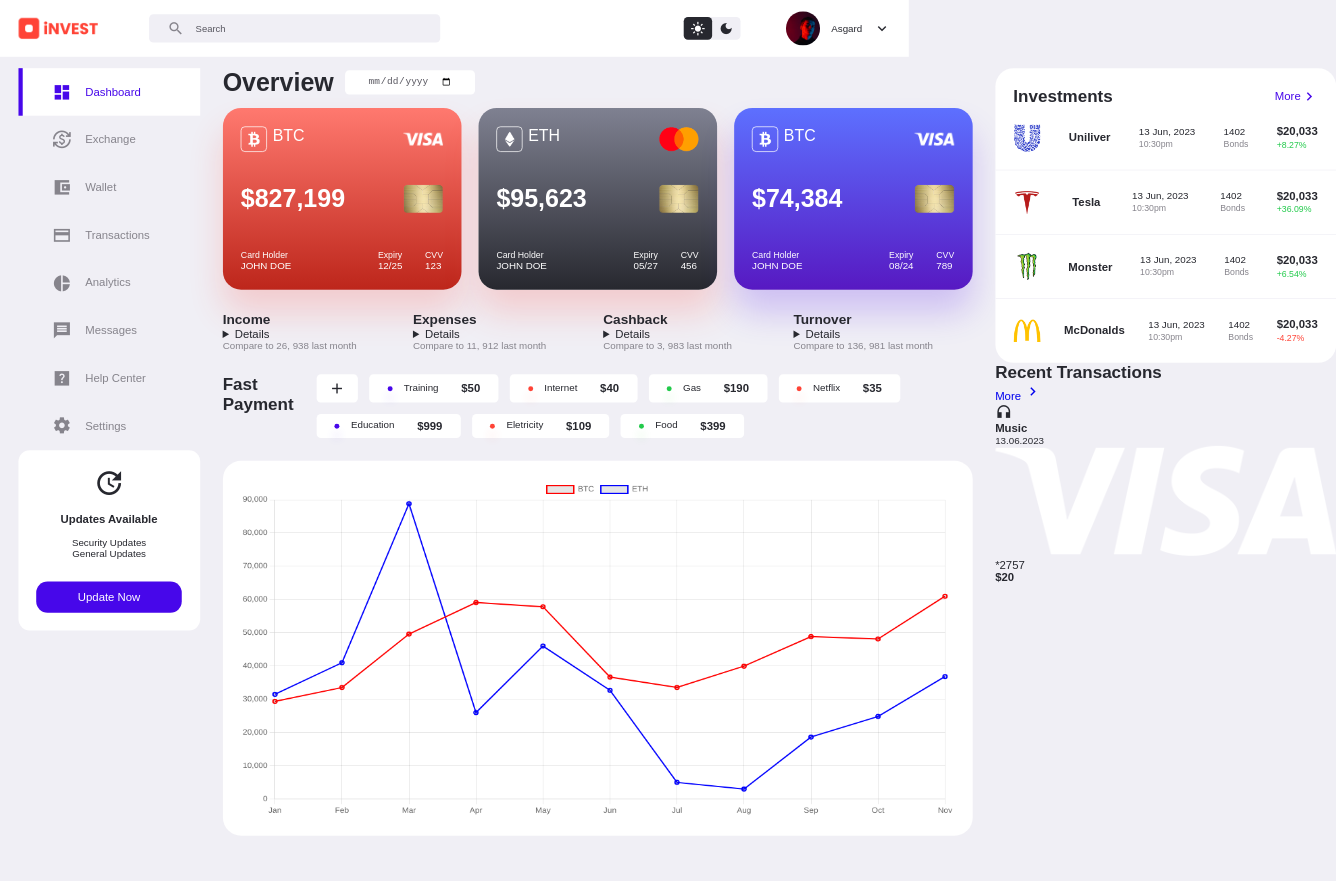
Repository: eziocdl/Admin_Dash
Page: index.html
The author's editor kept a copy of each file at every save. The page is drawn from the files as they stood at one save, then again after the next save.
The browser window is 1280 px wide. The page is 1882 px wide, so the pictures cover 1882 px, including what lies to the right of the window. The pictures show the whole page, at 71% of full size.
Some web libraries are served in a nearby version.

Above is the page before, as saved 2023-06-15 10:06:04.

### index.html
<!DOCTYPE html>
<html lang="pt-BR">
<head>
    <meta charset="UTF-8">
    <meta http-equiv="X-UA-Compatible" content="IE=edge">
    <meta name="viewport" content="width=device-width, initial-scale=1.0">
    <title>DashBoard Responsiva</title>
    <!--MATERIAL ICONS CDN-->
    <link href="https://fonts.googleapis.com/icon?family=Material+Icons+Sharp" rel="stylesheet">
    <!--GOOGLE FONTES (POPPINS)-->
    <link rel="preconnect" href="https://fonts.googleapis.com">
<link rel="preconnect" href="https://fonts.gstatic.com" crossorigin>
<link href="https://fonts.googleapis.com/css2?family=Poppins:wght@300;400;500;600;700&display=swap"
   rel="stylesheet">
    <!--STYLESHEET-->
<link rel="stylesheet" href="style.css">
</head>
<body>
    <!--NAVEGACAO-->
    <nav>
        <div class="container">
            <img src="./images/logo.png" class="logo">
            <div class="search-bar">
                <span class="material-icons-sharp">search</span>
                <input type="search" placeholder="Search">
            </div>
            <div class="profile-area">
                <div class="theme-btn">
                    <span class="material-icons-sharp active">light_mode</span>
                    <span class="material-icons-sharp">dark_mode</span>
            </div>
            <div class="profile">
                    <div class="profile-photo">
                        <img src="./images/profile-1.jpg">
                    </div>
                    <h5>Asgard</h5>
                    <span class="material-icons-sharp">expand_more</span>
            </div>
            <button id="menu-btn">
                    <span class="material-icons-sharp">menu</span>
                </button>

            </div>

        </div>
    </nav>
    <!--FINAL DA NAVEGACAO-->

    <main>
        <aside>
            <button id="close-btn">
                <span class="material-icons-sharp">close</span>

            </button>

            <div class="sidebar">
                <a href="#" class="active">
                    <span class="material-icons-sharp">dashboard</span>
                    <h4>Dashboard</h4>
                </a>

                <a href="#">
                    <span class="material-icons-sharp">currency_exchange</span>
                    <h4>Exchange</h4>
                </a>

                <a href="#">
                    <span class="material-icons-sharp">account_balance_wallet</span>
                    <h4>Wallet</h4>
                </a>

                <a href="#">
                    <span class="material-icons-sharp">payment</span>
                    <h4>Transactions</h4>
                </a>

                <a href="#">
                    <span class="material-icons-sharp">pie_chart</span>
                    <h4>Analytics</h4>
                </a>

                <a href="#">
                    <span class="material-icons-sharp">message</span>
                    <h4>Messages</h4>
                </a>

                <a href="#">
                    <span class="material-icons-sharp">help_center</span>
                    <h4>Help Center</h4>
                </a>

                <a href="#">
                    <span class="material-icons-sharp">settings</span>
                    <h4>Settings</h4>
                </a>
            </div>
            <!------------------FINAL DO SIDEBAR------------------------------------------------>
            <div class="updates">
                <span class="material-icons-sharp">update</span>
                    <h4>Updates Available</h4>
                    <p>Security Updates</p>
                    <p>General Updates</p>
                    <a href="#">Update Now</a>
            </div>
        </aside>
        <!--FINAL DO ASIDE-->

        <section class="middle">
            <div class="header">
                <h1>Overview</h1>
                <input type="date">
            </div>

            <div class="cards">
                <div class="card">
                    <div class="top">
                        <div class="left">
                            <img src="./images/BTC.png">
                            <h2>BTC</h2>
                        </div>
                        <img src="./images/visa.png" class="right">
                    </div>

                    <div class="middle">
                             <h1>$827,199</h1>
                             <div class="chip">
                               <img src="./images/card chip.png">
                            </div>
                    </div>

                    <div class="bottom">
                        <div class="left">
                           <small>Card Holder</small>
                           <h5>JOHN DOE</h5>
                        </div>

                        <div class="right">
                            <div class="expiry">
                                <small>Expiry</small>
                                <h5>12/25</h5>
                            </div>
                            <div class="cvv">
                                <small>CVV</small>
                                <h5>123</h5>
                            </div>
                        </div>
                    </div>
                </div>
                <!-------------------FINAL DO CARTAO------------------------------------------------->
                <div class="card">
                    <div class="top">
                        <div class="left">
                            <img src="./images/ETH.png">
                            <h2>ETH</h2>
                        </div>
                        <img src="./images/master card.png" class="right">
                    </div>

                    <div class="middle">
                        <h1>$95,623</h1>
                        <div class="chip">
                            <img src="./images/card chip.png">
                        </div>
                    </div>

                    <div class="bottom">
                        <div class="left">
                           <small>Card Holder</small>
                           <h5>JOHN DOE</h5>
                        </div>

                        <div class="right">
                            <div class="expiry">
                                <small>Expiry</small>
                                <h5>05/27</h5>
                            </div>
                            <div class="cvv">
                                <small>CVV</small>
                                <h5>456</h5>
                            </div>
                        </div>
                    </div>
                </div>
                <!-------------------FINAL DO CARTAO 1------------------------------------------------->

                <div class="card">
                    <div class="top">
                        <div class="left">
                            <img src="./images/BTC.png">
                            <h2>BTC</h2>
                        </div>
                     <img src="./images/visa.png" class="right">
                    </div>

                    <div class="middle">
                        <h1>$74,384</h1>
                        <div class="chip">
                            <img src="./images/card chip.png">
                        </div>

                    </div>

                    <div class="bottom">
                        <div class="left">
                           <small>Card Holder</small>
                           <h5>JOHN DOE</h5>
                        </div>

                        <div class="right">
                            <div class="expiry">
                                <small>Expiry</small>
                                <h5>08/24</h5>
                            </div>
                            <div class="cvv">
                                <small>CVV</small>
                                <h5>789</h5>
                            </div>
                        </div>
                    </div>
                </div>
                <!-------------------FINAL DO CARTAO 2------------------------------------------------->
            </div>

            <!-------------------FINAL DOS CARDS-------------------------------------------------->
            <div class="monthly-report">
                <div class="report">
                     <h3>Income</h3>
                     <div>
                        <details>
                            <h1>29,023</h1>
                            <h6 class="success">+3.5%</h6>
                        </details>
                        <p class="text-muted">Compare to 26,
                        938 last month</p>
                     </div>
                </div>
               <!-- END OF INCOME REPORT--->
                <div class="report">
                    <h3>Expenses</h3>
                    <div>
                       <details>
                           <h1>9,005</h1>
                           <h6 class="danger">-6.5%</h6>
                       </details>
                       <p class="text-muted">Compare to 11,
                       912 last month</p>
                    </div>
               </div>
               <!-- END OF EXPENSES REPORT --->
               <div class="report">
                     <h3>Cashback</h3>
                     <div>
                        <details>
                            <h1>4,7004</h1>
                            <h6 class="success">+7.5%</h6>
                        </details>
                        <p class="text-muted">Compare to 3,
                        983 last month</p>
                     </div>
                </div>
                <!-- END OF CASHBACK REPORT --->
                <div class="report">
                     <h3>Turnover</h3>
                     <div>
                        <details>
                            <h1>118,900</h1>
                            <h6 class="danger">+17.8%</h6>
                        </details>
                        <p class="text-muted">Compare to 136,
                        981 last month</p>
                     </div>
                </div>
                <!-- END OF TURNOVER REPORT --->
            </div>

            <!--END OF MONTLY REPORT-->
            <div class="fast-payment">
                 <h2>Fast Payment</h2>
                 <div class="badges">
                      <div class="badge">
                        <span class="material-icons-sharp">
                        add</span>
                      </div>
                      <div class="badge">
                           <span class="bg-primary"></span>
                           <div>
                              <h5>Training</h5>
                              <h4>$50</h4>
                           </div>
                      </div>
                       <div class="badge">
                           <span class="bg-danger"></span>
                           <div>
                              <h5>Internet</h5>
                              <h4>$40</h4>
                           </div>
                      </div>
                      <div class="badge">
                           <span class="bg-success"></span>
                           <div>
                              <h5>Gas</h5>
                              <h4>$190</h4>
                           </div>
                      </div>
                      <div class="badge">
                           <span class="bg-danger"></span>
                           <div>
                              <h5>Netflix</h5>
                              <h4>$35</h4>
                           </div>
                      </div>
                      <div class="badge">
                           <span class="bg-primary"></span>
                           <div>
                              <h5>Education</h5>
                              <h4>$999</h4>
                           </div>
                      </div>
                      <div class="badge">
                           <span class="bg-danger"></span>
                           <div>
                              <h5>Eletricity</h5>
                              <h4>$109</h4>
                           </div>
                      </div>
                      <div class="badge">
                           <span class="bg-success"></span>
                           <div>
                              <h5>Food</h5>
                              <h4>$399</h4>
                           </div>
                      </div>
                </div>
            </div>

            <!--END OF PAYMENT---------------->

            <canvas id="chart"></canvas>

        </section>
        <!--FINAL DO MIDDLE-->
        <section class="right">
            <div class="investments">
                <div class="header">
                    <h2>Investments</h2>
                    <a href="#">More <span class="material-icons-sharp">
                        chevron_right</span></a>
                </div>

                <div class="investment">
                        <img src="./images/uniliver.png">
                        <h4>Uniliver</h4>
                        <div class="date-time">
                          <p>13 Jun, 2023</p>
                          <small class="text-muted">10:30pm</small>
                        </div>
                        <div class="bonds">
                              <p>1402</p>
                              <small class="text-muted">Bonds</small>
                        </div>
                        <div class="amount">
                              <h4>$20,033</h4>
                              <small class="success">+8.27%</small>
                        </div>
                    </div>
                    <!--END OF INVESTIMENT-->
                    <div class="investment">
                        <img src="./images/tesla.png">
                        <h4>Tesla</h4>
                        <div class="date-time">
                            <p>13 Jun, 2023</p>
                            <small class="text-muted">10:30pm</small>
                        </div>
                        <div class="bonds">
                              <p>1402</p>
                              <small class="text-muted">Bonds</small>
                        </div>
                        <div class="amount">
                              <h4>$20,033</h4>
                              <small class="success">+36.09%</small>
                        </div>
                    </div>
                    <!--END OF INVESTIMENT-->
                    <div class="investment">
                            <img src="./images/monster.png">
                            <h4>Monster</h4>
                            <div class="date-time">
                              <p>13 Jun, 2023</p>
                              <small class="text-muted">10:30pm</small>
                            </div>
                            <div class="bonds">
                              <p>1402</p>
                              <small class="text-muted">Bonds</small>
                            </div>
                            <div class="amount">
                              <h4>$20,033</h4>
                              <small class="success">+6.54%</small>
                            </div>
                    </div>
                    <!--END OF INVESTIMENT-->
                    <div class="investment">
                        <img src="./images/mcdonalds.png">
                        <h4>McDonalds</h4>
                        <div class="date-time">
                          <p>13 Jun, 2023</p>
                          <small class="text-muted">10:30pm</small>
                        </div>
                        <div class="bonds">
                              <p>1402</p>
                              <small class="text-muted">Bonds</small>
                        </div>
                        <div class="amount">
                              <h4>$20,033</h4>
                              <small class="danger">-4.27%</small>
                        </div>
                    </div>
                    <!--END OF INVESTIMENTS-->
                 </div>
            </div>
            <!--END OF INVESTIMENTS-->

            <div class="recent-transations">
                <div class="header">
                    <h2>Recent Transactions</h2>
                    <a href="#">More <span class="material-icons-sharp">chevron_right</span></a>
                </div>

                <div class="transation">
                    <div class="service">
                        <div class="icon">
                            <span class="material-icons-sharp">headphones</span>
                        </div>
                        <div class="details">
                            <h4>Music</h4>
                            <p>13.06.2023</p>
                        </div>
                    </div>
                    <div class="card-details">
                        <div class="card">
                            <img src="./images/visa.png">
                        </div>
                        <div class="details">
                            *2757
                        </div>
                    </div>
                    <h4>$20</h4>
                </div>
            </div>
        </section>
         <!--FINAL DO MIDDLE-->
    </main>
    <!--===========================FINAL DO ASIDE======================================================-->

    <script src="https://cdnjs.cloudflare.com/ajax/libs/Chart.js/3.6.0/chart.min.js"
     integrity="sha512-GMGzUEevhWh8Tc/njS0bDpwgxdCJLQBWG3Z2Ct+JGOpVnEmjvNx6ts4v6A2XJf1HOrtOsfhv3hBKpK9kE5z8AQ=="
     crossorigin="anonymous" referrerpolicy="no-referrer">
    </script>

    <script src="./main.js"></script>
</body>
</html>

Loaded but not shown: main.js (30 lines, source omitted); style.css (549 lines, source omitted)

After the next save:
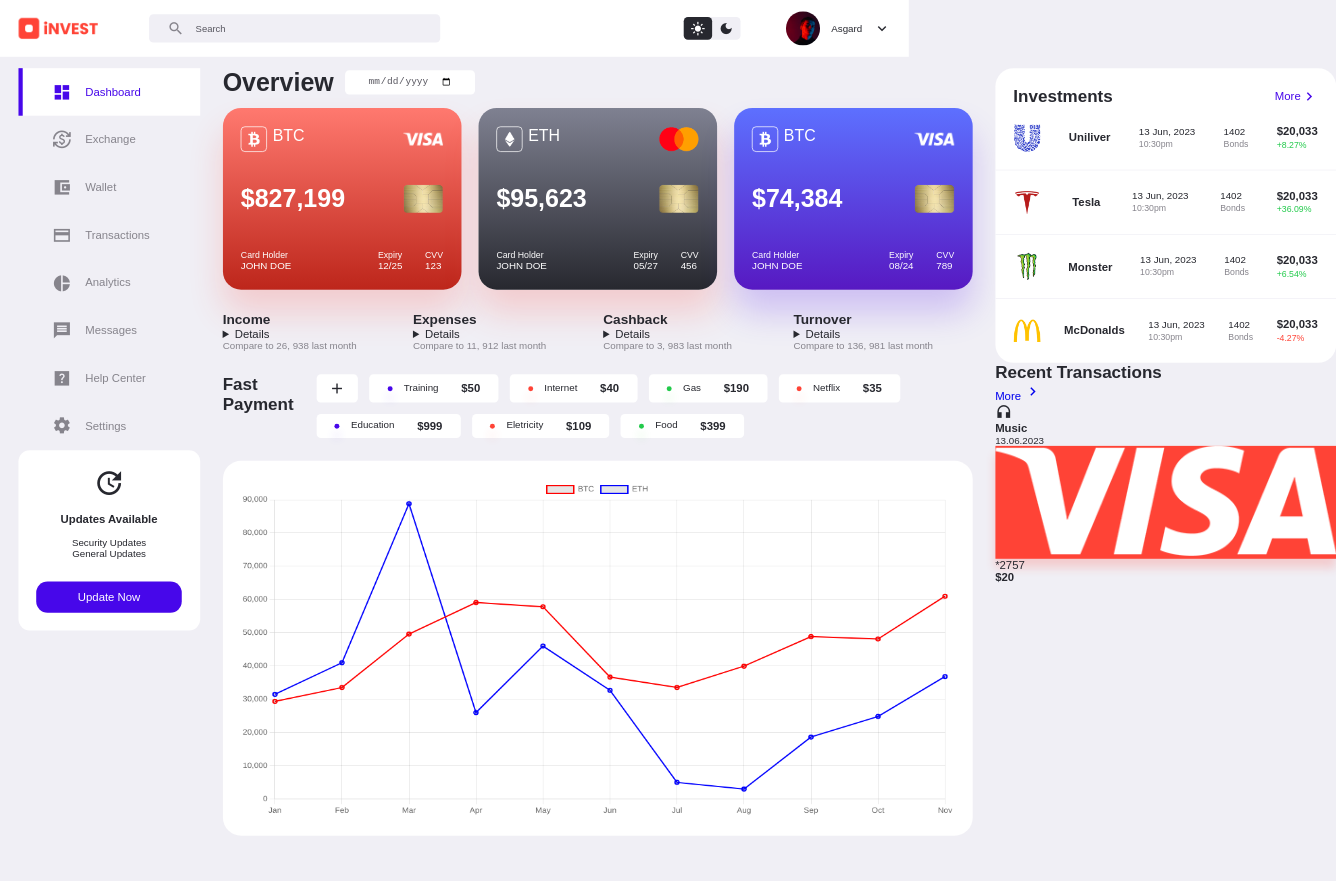
Saved 15 min 40 s later.
--- a/index.html
+++ b/index.html
@@ -436,7 +436,7 @@
                         </div>
                     </div>
                     <div class="card-details">
-                        <div class="card">
+                        <div class="card bg-danger">
                             <img src="./images/visa.png">
                         </div>
                         <div class="details">
